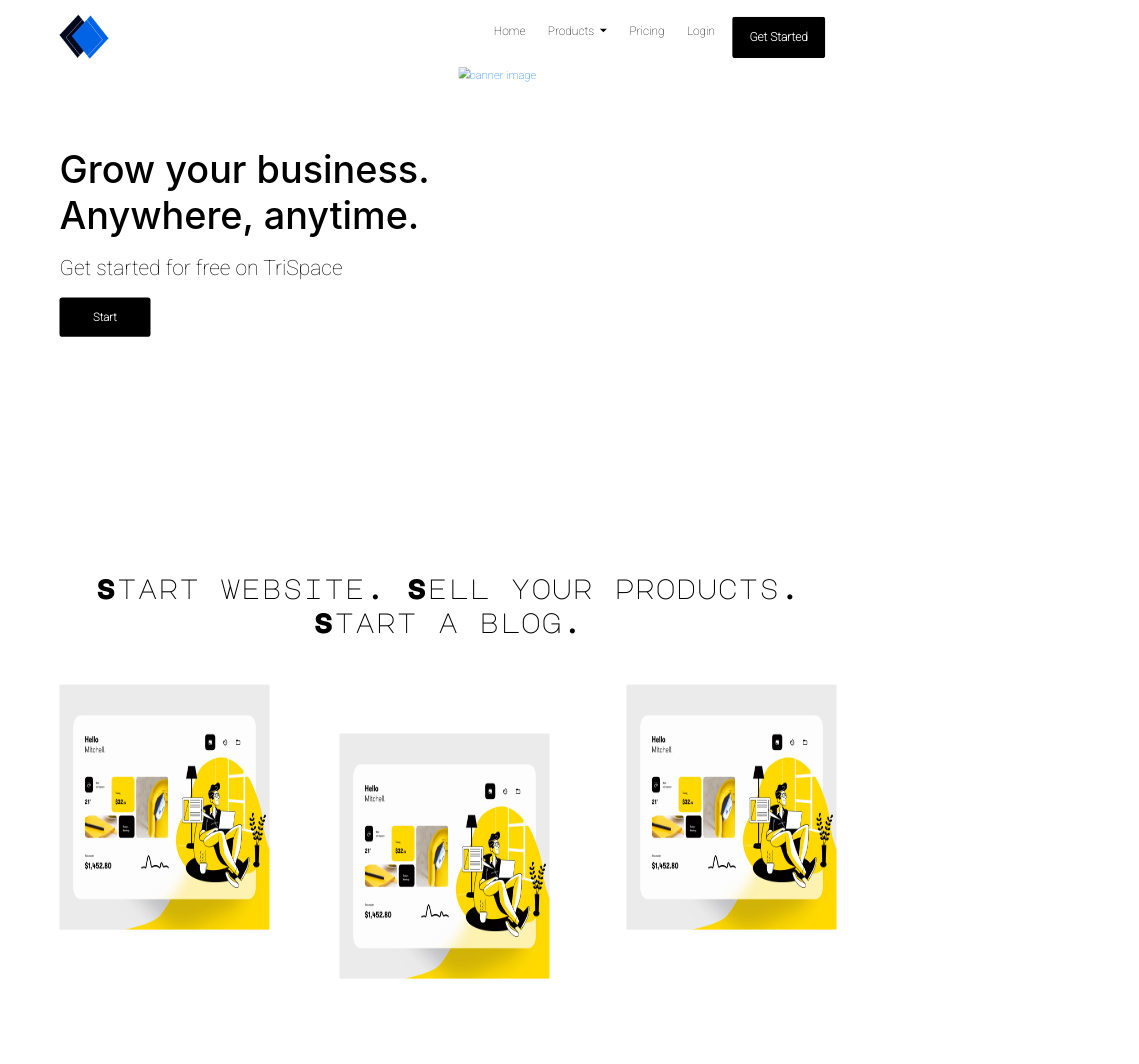
Repository: latenightsnacc/TriSpace
Page: home.html
An editor plug-in stored every save of this project. The page is shown before and after the next save, followed by the edit.
The browser window is 1280 px wide. The page is 1280 px wide, then 1627 px, then 1280 px, so the pictures cover 1627 px, including what lies to the right of the window. The pictures show the part of the page from y = 0 to 1520 px (the page is 5357 px tall before and 1231 px after), at 70% of full size.
The style sheet was rebuilt from its Sass, Less or Tailwind sources for each picture, by a compiler version that may differ from the author's.

Above is the page before, as saved 2020-11-20 10:17:04.

After the next save:
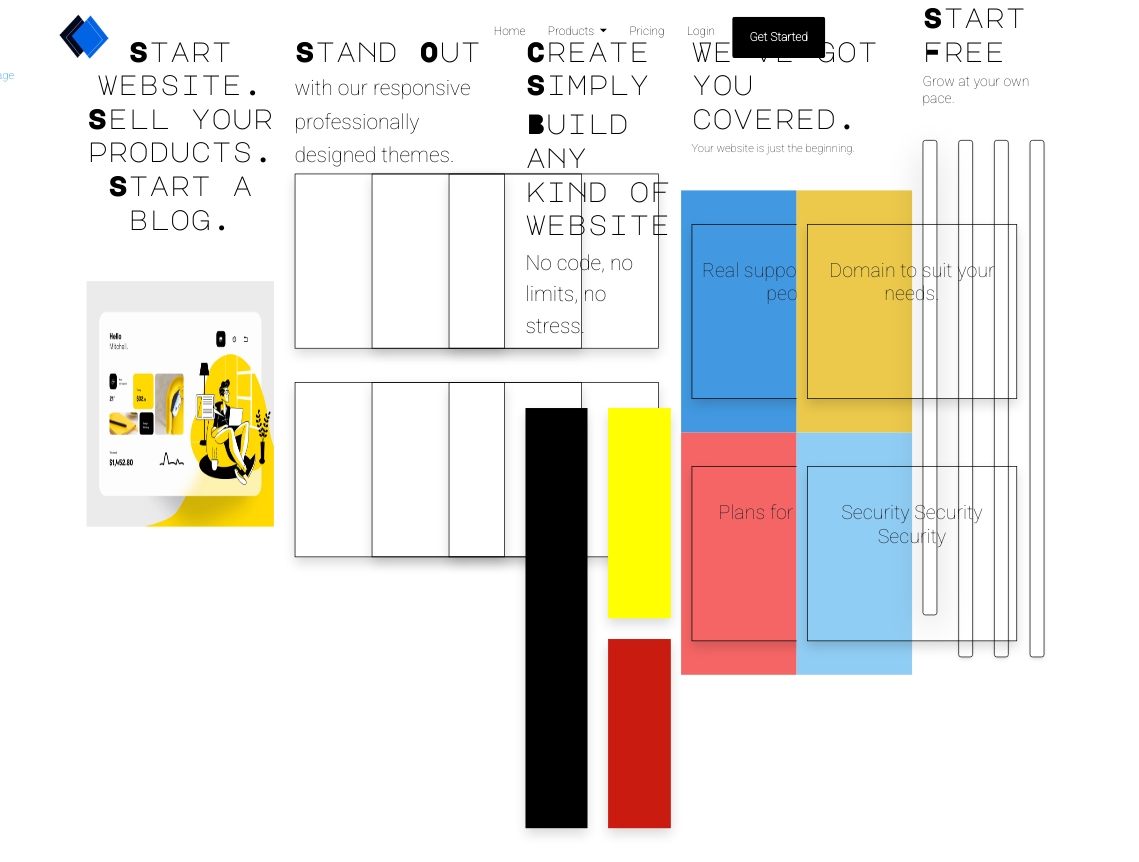
Saved 96 s later.
--- a/home.html
+++ b/home.html
@@ -18,7 +18,7 @@
 </head>
 <body>
     <!--Wrapper-->
-    <div class="wrapper mx-auto">
+    <div class="d-flex justify-content-center">
         <!--Navbar-->
         <nav class="navbar navbar-expand-lg navbar-light fixed-top p-3 mb-5 bg-white rounded" id="navbar">
             <div class="container align-middle">

After the save that followed:
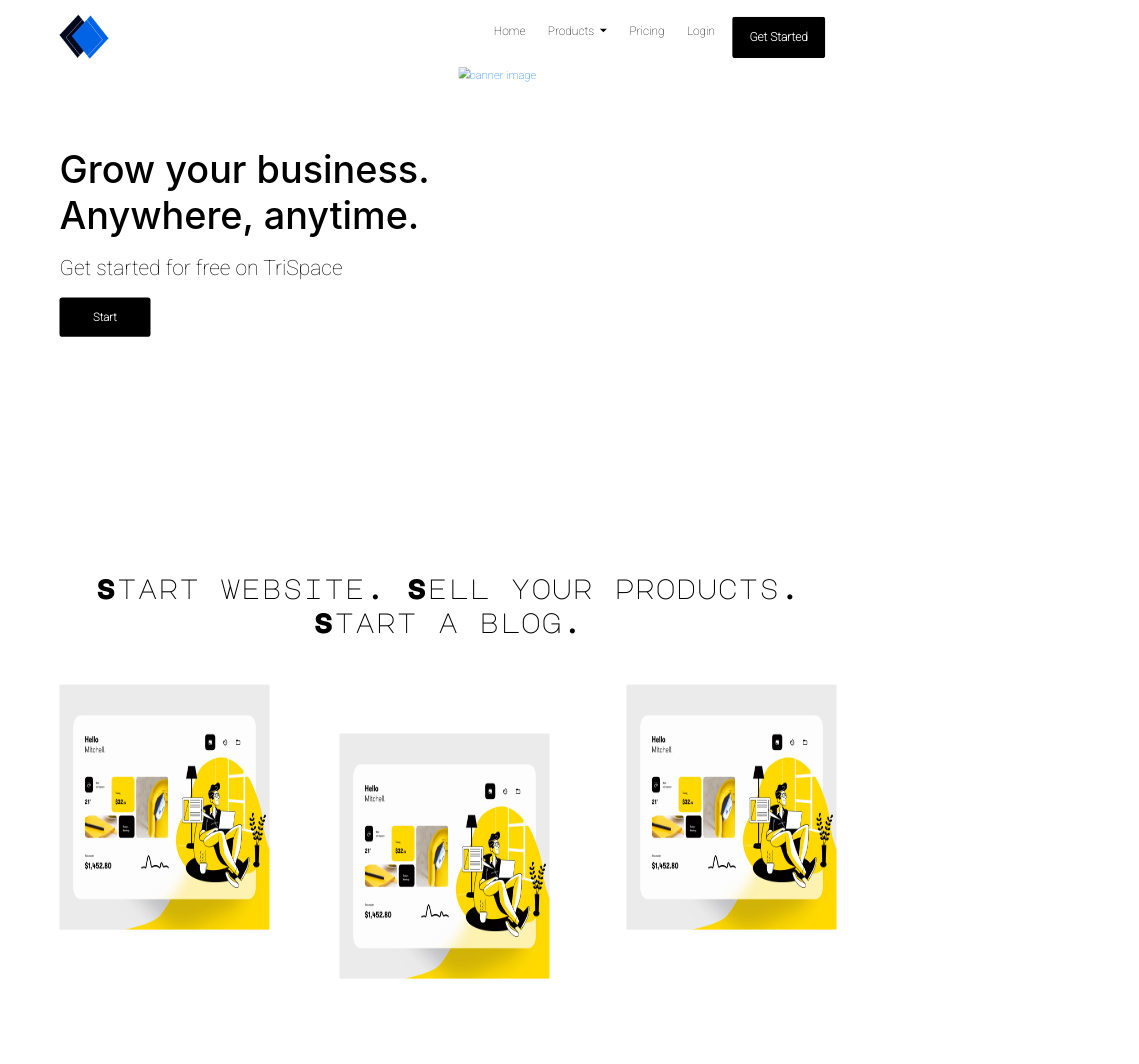
Saved 35 s later.
--- a/home.html
+++ b/home.html
@@ -18,7 +18,7 @@
 </head>
 <body>
     <!--Wrapper-->
-    <div class="d-flex justify-content-center">
+    <div class="wrapper">
         <!--Navbar-->
         <nav class="navbar navbar-expand-lg navbar-light fixed-top p-3 mb-5 bg-white rounded" id="navbar">
             <div class="container align-middle">
